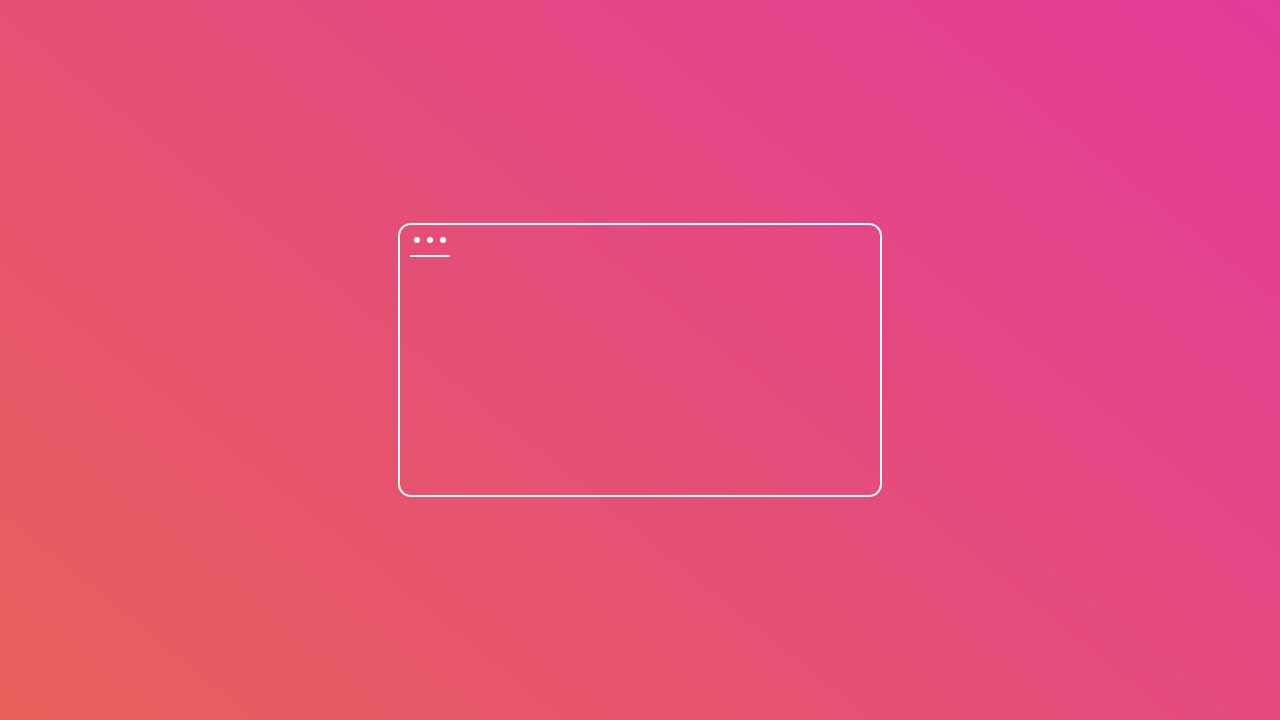
Repository: wrzonki/3d-css
Page: index.html
These files come from the project's save history. The page is drawn as it stood at one moment and after the next save; the edit follows.
The browser window is 1280 px wide. The pictures show the whole page.
The style sheet was rebuilt from its Sass, Less or Tailwind sources for each picture, by a compiler version that may differ from the author's.

Above is the page before, as saved 2019-11-25 21:11:02.

After the next save:
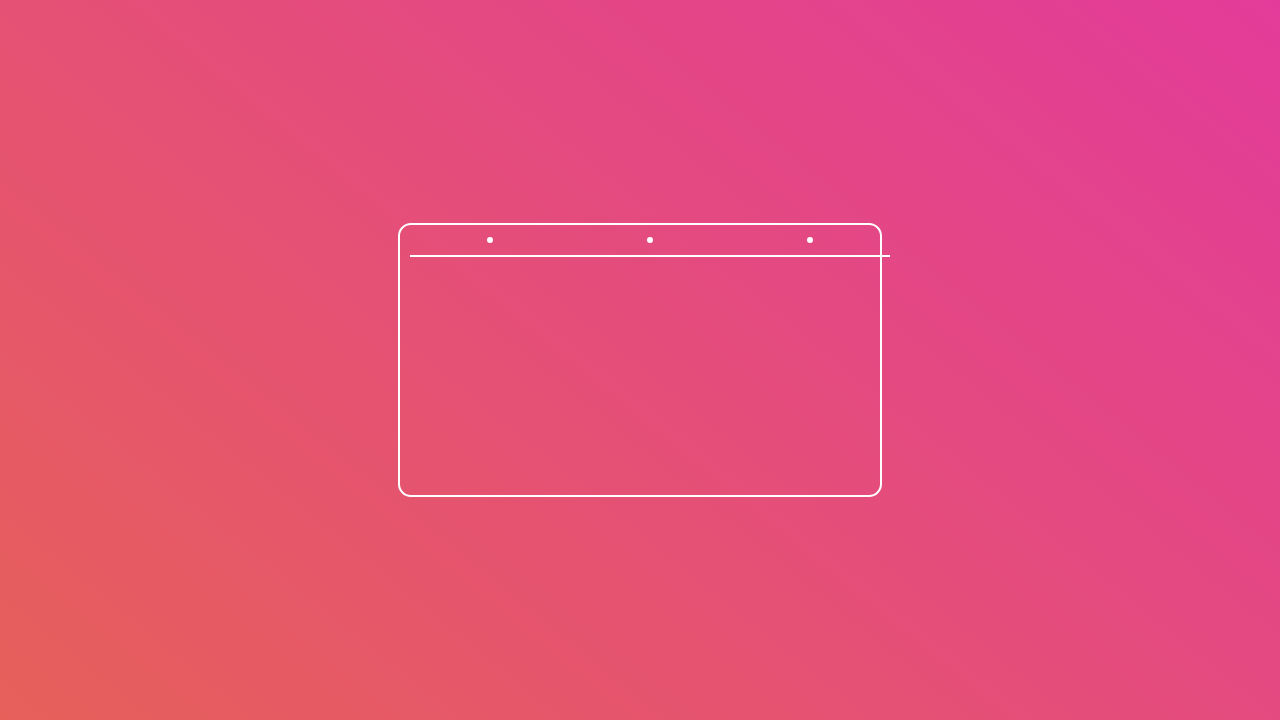
Saved 7 s later.
--- a/index.scss
+++ b/index.scss
@@ -43,7 +43,7 @@ body {
     border-radius: 13px;
     position: relative;
     .nav {
-        width: 40px;
+        width: 100%;
         margin-left: 10px;
         height: 30px;
         position: relative;
